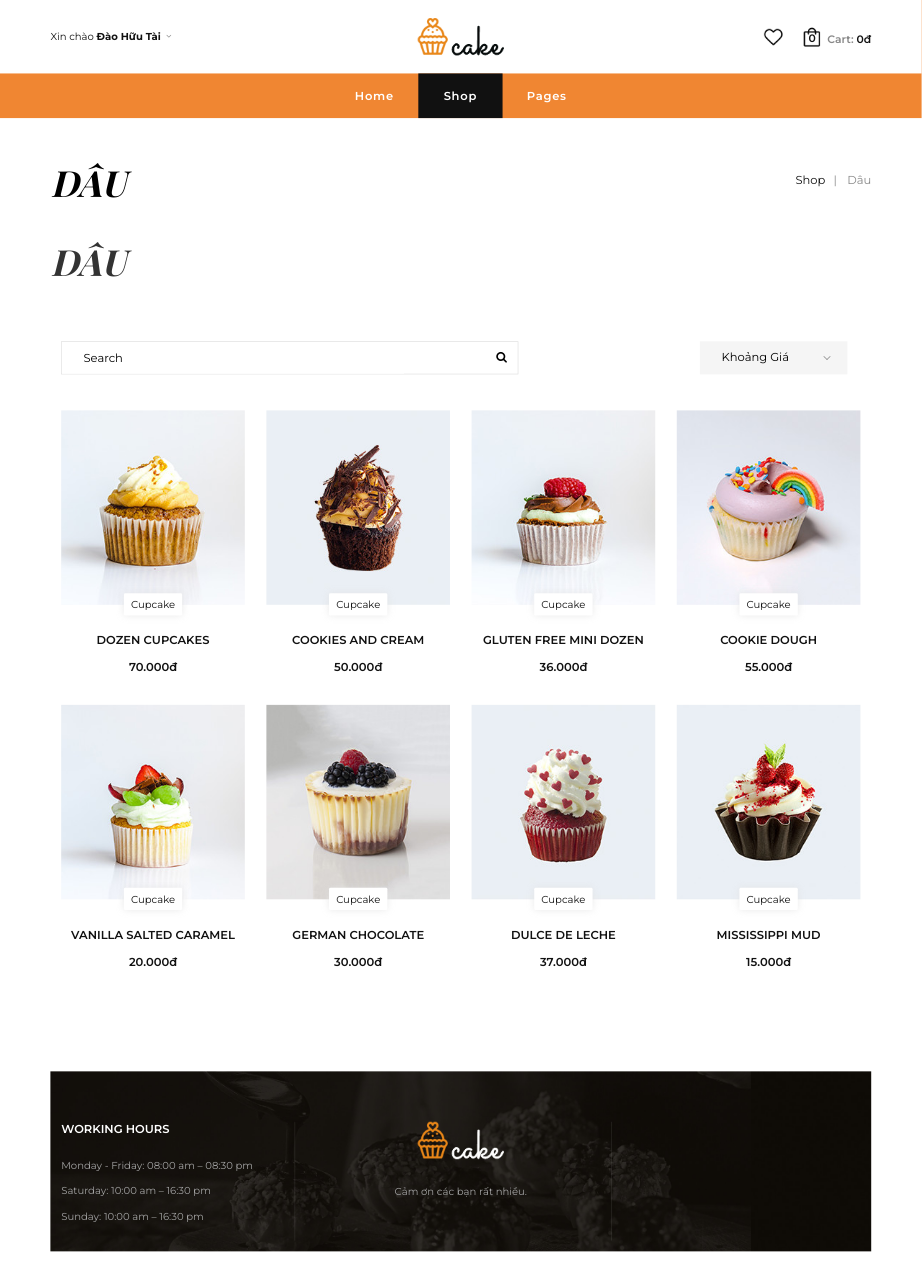
Repository: nhanto2n-byte/Nhom10ChieuThu3
Page: ProjectWeb/cake-main/shop-dau.html
An editor plug-in stored every save of this project. The page is shown before and after the next save, followed by the edit.
The browser window is 1280 px wide. The pictures show the whole page, at 72% of full size.

Above is the page before, as saved 2025-11-03 22:47:42.

After the next save:
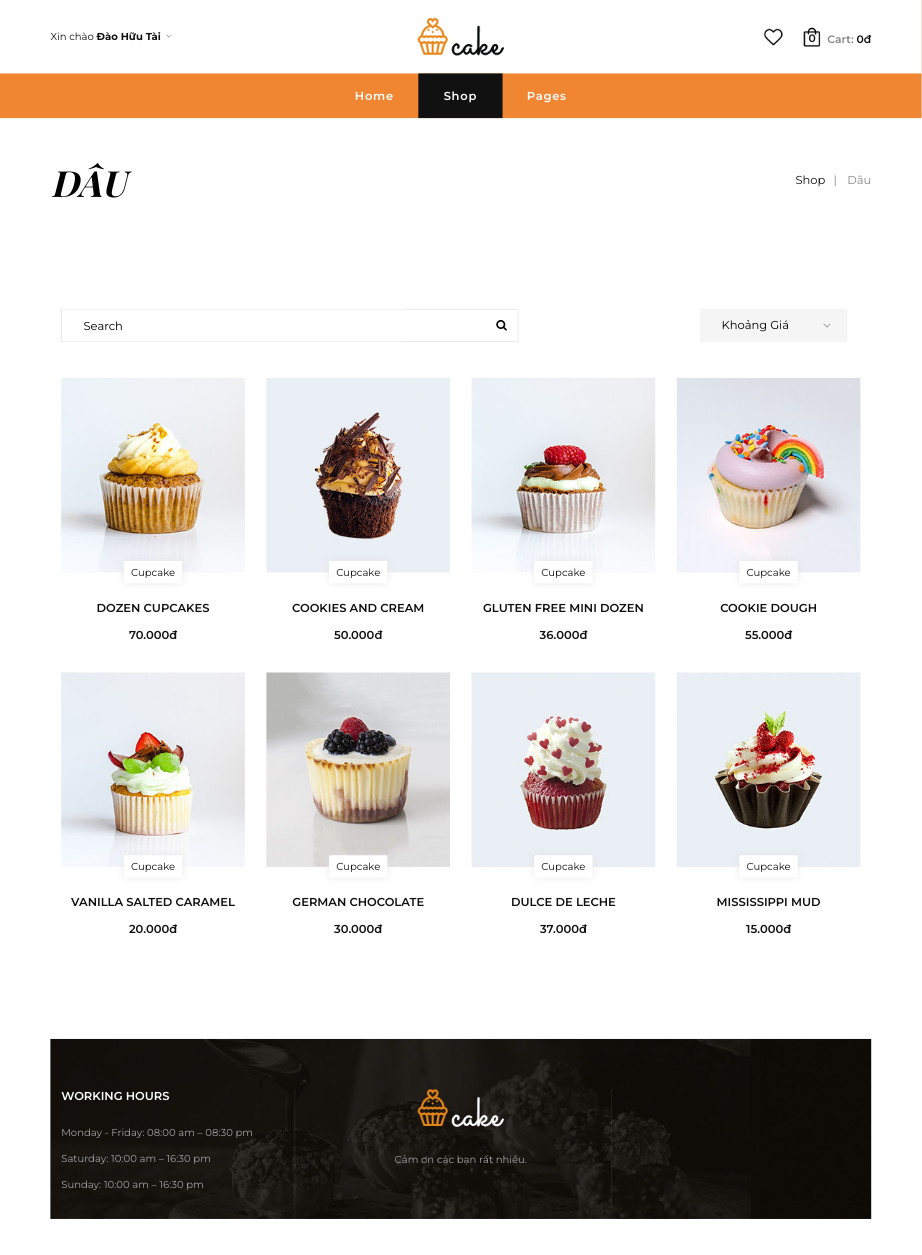
Saved 56 s later.
--- a/ProjectWeb/cake-main/shop-dau.html
+++ b/ProjectWeb/cake-main/shop-dau.html
@@ -223,12 +223,7 @@
     <div class="container" style="position: relative; z-index: 2;">
         <div class="row align-items-center">
 
-            <!-- Tiêu đề bên trái -->
-            <div class="col-lg-6 col-md-6 col-sm-12">
-                <div class="breadcrumb__text">
-                    <h2 style="font-weight: 700; color: #333;">DÂU</h2>
-                </div>
-            </div>
+
 
             <!-- Liên kết breadcrumb bên phải -->
             <div class="col-lg-6 col-md-6 col-sm-12 text-right">
